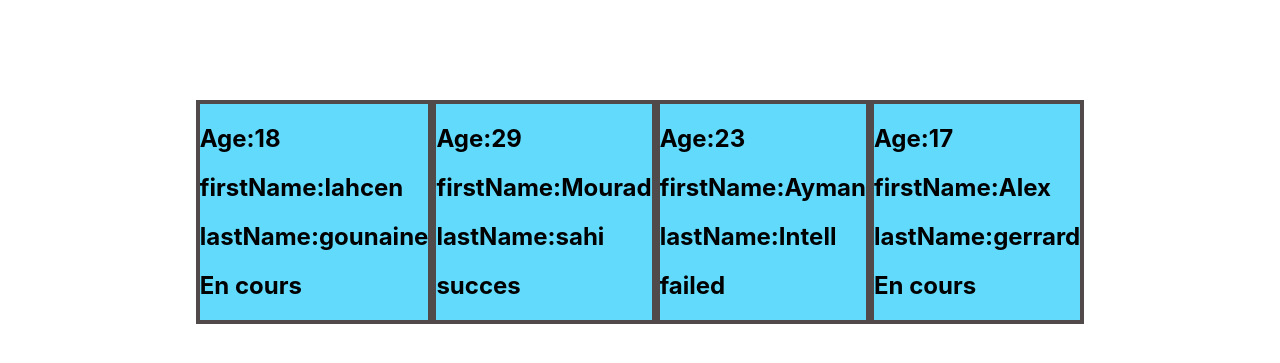
Repository: gounaine/Add_candidat
Page: /
These files come from the project's save history. The page is drawn as it stood at one moment and after the next save; the edit follows.
The browser window is 1280 px wide. The pictures show the whole page.
The project was rebuilt for these pictures with package versions that can differ from the ones it lists, and the page was loaded fresh each time.

Above is the page before, as saved 2024-05-26 19:45:23.

### src/index.js
import React from 'react';
import ReactDOM from 'react-dom/client';
import './index.css';
import App from './App';
import Person from './person';
import reportWebVitals from './reportWebVitals';


const root = ReactDOM.createRoot(document.getElementById('root'));
root.render(
  <React.StrictMode>
    <App/>
    <Person firstName={"lahcen"} lastName={"gounaine"} Age={18}>En cours</Person>
    <Person firstName={"Mourad"} lastName={"sahi"} Age={29}>succes</Person>
    <Person firstName={"Ayman"} lastName={"Intell"} Age={23}>failed</Person>
    <Person firstName={"Alex"} lastName={"gerrard"} Age={17}>En cours</Person>
  </React.StrictMode>
);

// If you want to start measuring performance in your app, pass a function
// to log results (for example: reportWebVitals(console.log))
// or send to an analytics endpoint. Learn more: https://bit.ly/CRA-vitals
reportWebVitals();

### src/App.js


import './App.css';

function App(props) {
  console.log(props)
  return (
    <div className="App">
      <h2>{props.firstName}</h2>
      <h2>{props.children}</h2>
    </div>
  );
}

export default App;

### src/person.js
export default function Person({firstName ,lastName,Age, children}){
return(
 <>
   <div className="Card">
        <h2>Age:{Age}</h2>
        <h2>firstName:{firstName}</h2>
        <h2>lastName:{lastName}</h2>
        <h2>{children}</h2>
   </div>

 </>
);


}

### src/App.css
.App {
  text-align: center;
}

.App-logo {
  height: 40vmin;
  pointer-events: none;
}

@media (prefers-reduced-motion: no-preference) {
  .App-logo {
    animation: App-logo-spin infinite 20s linear;
  }
}

.App-header {
  background-color: #282c34;
  min-height: 100vh;
  display: flex;
  flex-direction: column;
  align-items: center;
  justify-content: center;
  font-size: calc(10px + 2vmin);
  color: white;
}

.App-link {
  color: #61dafb;
}

@keyframes App-logo-spin {
  from {
    transform: rotate(0deg);
  }
  to {
    transform: rotate(360deg);
  }
}

.Card{
  background-color:#61dafb;
  border: 4px solid rgb(81, 74, 74);
}



#root{
  display: flex;
  justify-content: center;
  align-items:center;
  margin-top: 100px;



}

Loaded but not shown: public/index.html (common file); src/index.css (common file); src/reportWebVitals.js (common file)

After the next save:
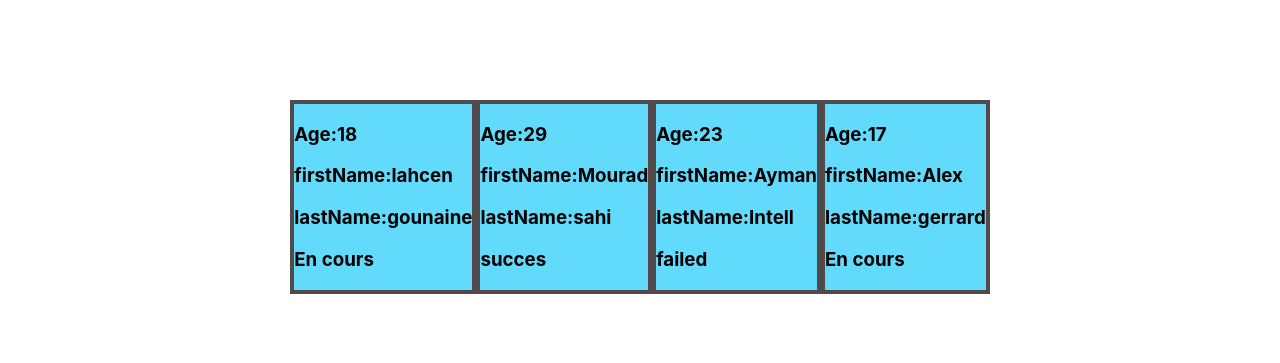
Saved 38 s later.
--- a/src/person.js
+++ b/src/person.js
@@ -2,10 +2,10 @@ export default function Person({firstName ,lastName,Age, children}){
 return(
  <>
    <div className="Card">
-        <h2>Age:{Age}</h2>
-        <h2>firstName:{firstName}</h2>
-        <h2>lastName:{lastName}</h2>
-        <h2>{children}</h2>
+        <h3>Age:{Age}</h3>
+        <h3>firstName:{firstName}</h3>
+        <h3>lastName:{lastName}</h3>
+        <h3>{children}</h3>
    </div>
 
  </>
